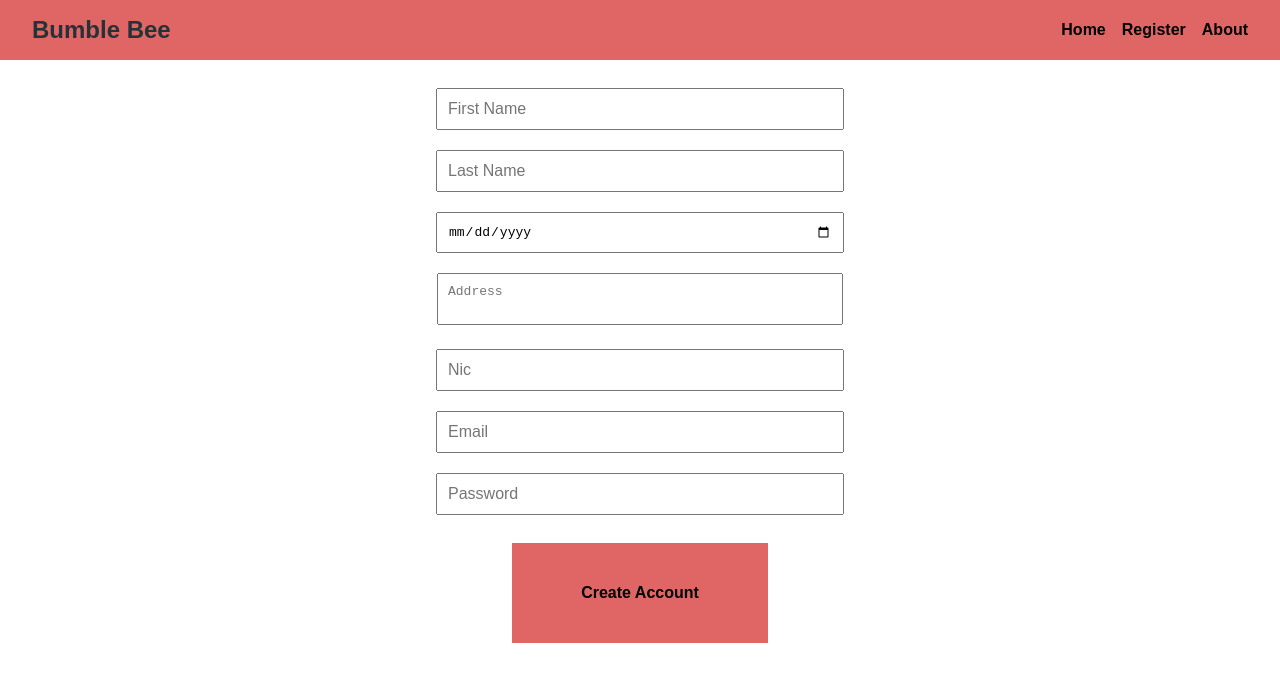
Repository: developerks611/Bumble-bee
Page: http://localhost/Bumble/add-customer.jsp
An editor plug-in stored every save of this project. The page is shown before and after the next save, followed by the edit.
The browser window is 1280 px wide. The pictures show the whole page.
The page is served by Tomcat 9.

Above is the page before, as saved 2023-02-28 03:57:21.

After the next save:
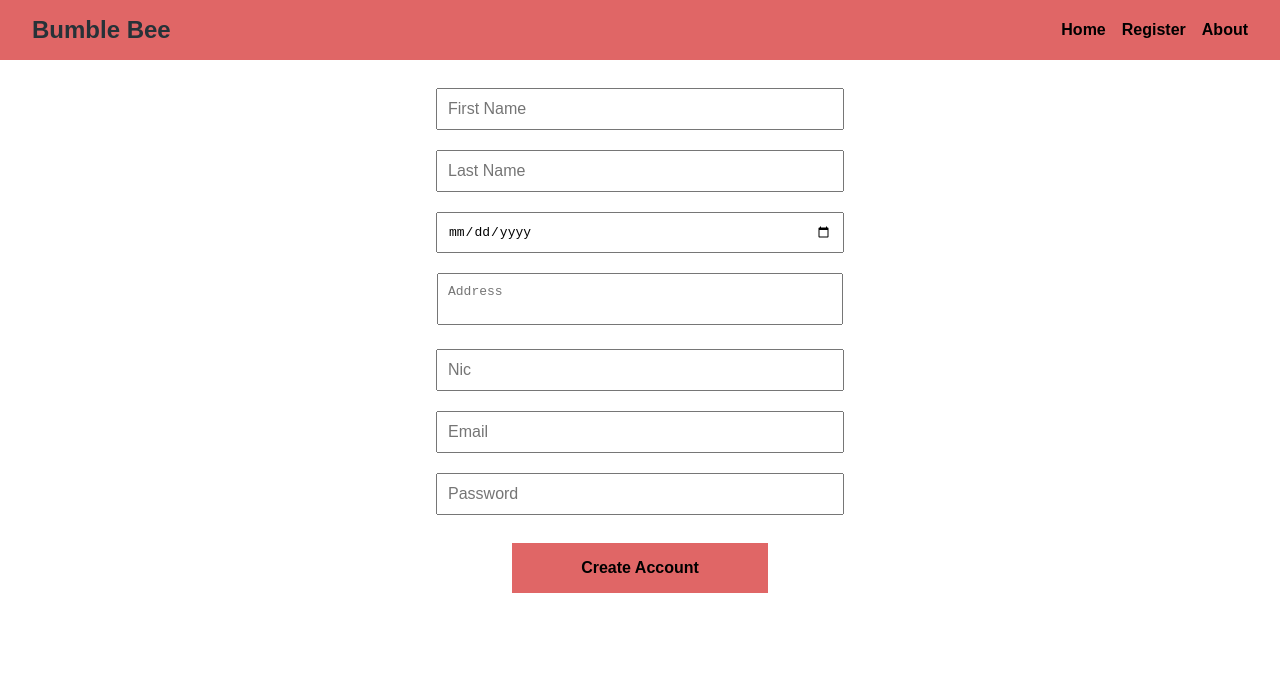
Saved 13 s later.
--- a/Bumble/src/main/webapp/add-customer.jsp
+++ b/Bumble/src/main/webapp/add-customer.jsp
@@ -64,7 +64,7 @@ nav a {
 	outline: none;
     border: none;
     width:20%;
-    height:100px;
+    height:50px;
     font-size:100%;
     padding:10px;
     font-weight:bold;
